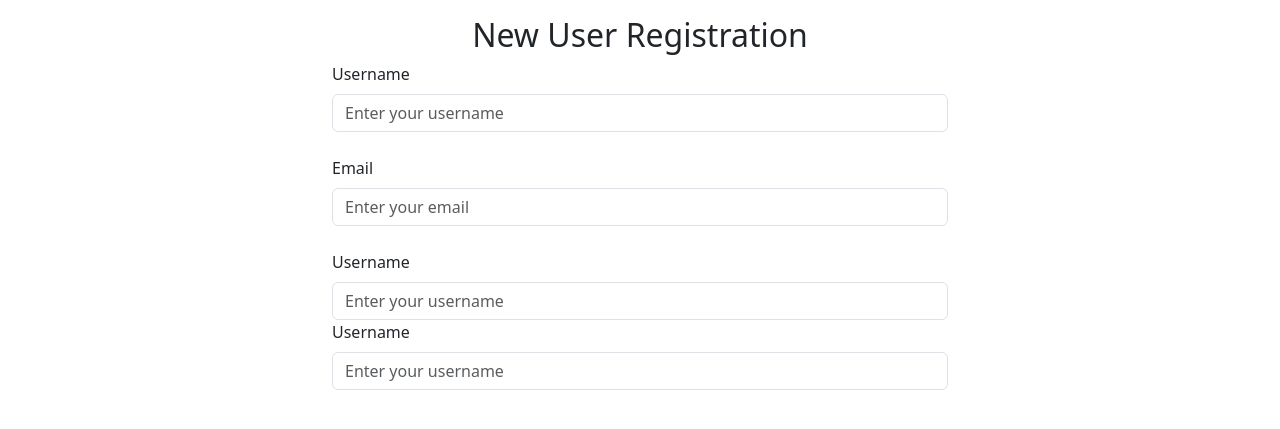
Repository: hahuuchinh2501/ecommerce_web
Page: http://localhost/users_area/user_registration.php
The author's editor kept a copy of each file at every save. The page is drawn from the files as they stood at one save, then again after the next save.
The browser window is 1280 px wide. The pictures show the whole page.
The page is run by PHP 8.4 with error messages shown; the project is at /var/www/html/.

Above is the page before, as saved 2025-02-10 11:09:20.

After the next save:
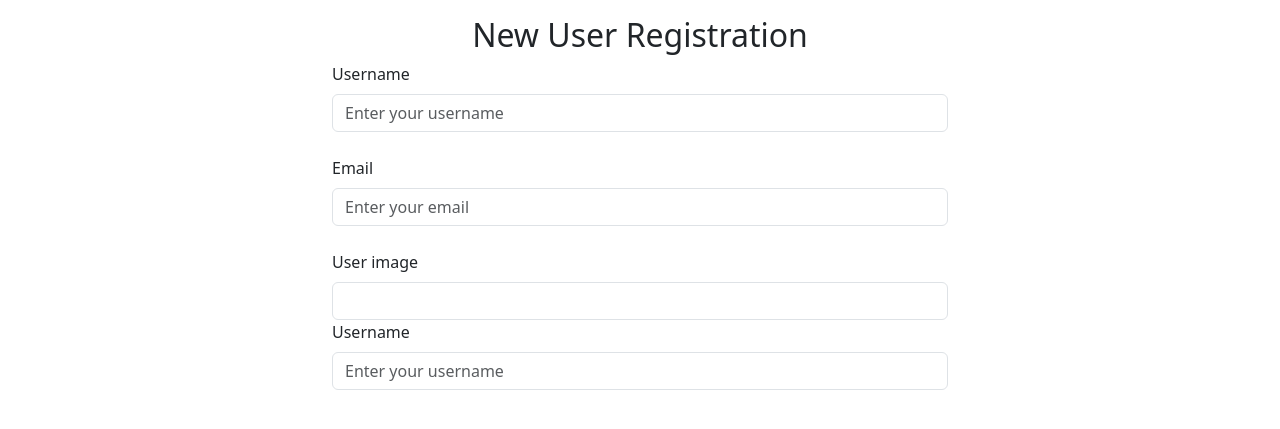
Saved 3 min 24 s later.
--- a/users_area/user_registration.php
+++ b/users_area/user_registration.php
@@ -25,14 +25,15 @@
                     <!-- email -->
                     <div class="form-outline mb-4">
                         <label for="user_email" class="form-label">Email</label>
-                        <input type="text" id="user_email" class="form-control" placeholder="Enter your email"
+                        <input type="email" id="user_email" class="form-control" placeholder="Enter your email"
                             autocomplete="off" required="required" name="user_email" />
                     </div>
+                    <!-- image -->
                     <div class="form-outline">
-                        <label for="user_name" class="form-label">Username</label>
-                        <input type="text" id="user_username" class="form-control" placeholder="Enter your username"
-                            autocomplete="off" required="required" name="user_username" />
+                        <label for="user_image" class="form-label">User image</label>
+                        <input type="text" id="user_image" class="form-control" required="required" name="user_image" />
                     </div>
+                    <!-- username -->
                     <div class="form-outline">
                         <label for="user_name" class="form-label">Username</label>
                         <input type="text" id="user_username" class="form-control" placeholder="Enter your username"
